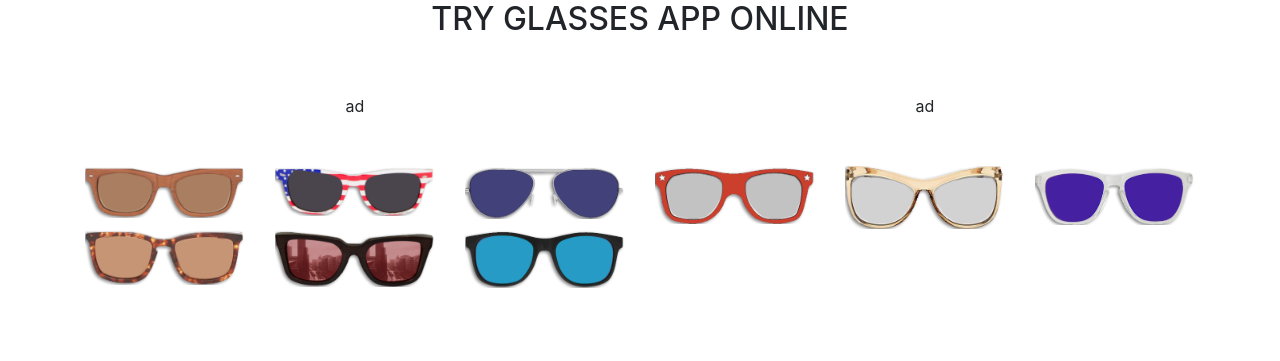
Repository: phongthanhh/ChoseGlass
Page: /
An editor plug-in stored every save of this project. The page is shown before and after the next save, followed by the edit.
The browser window is 1280 px wide. The pictures show the whole page.
The project was rebuilt for these pictures with package versions that can differ from the ones it lists, and the page was loaded fresh each time.

Above is the page before, as saved 2022-12-25 15:34:40.

After the next save:
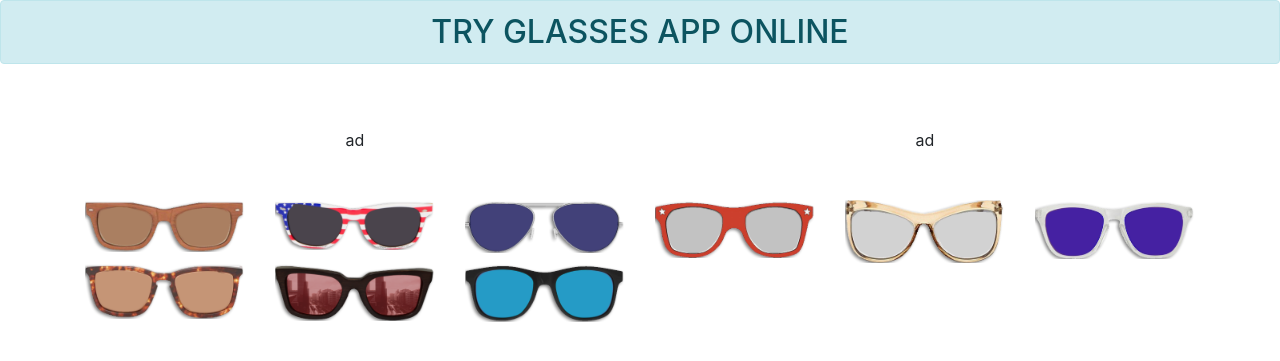
Saved 33 s later.
--- a/src/ChoseGlass/BTGlass.jsx
+++ b/src/ChoseGlass/BTGlass.jsx
@@ -83,7 +83,7 @@
         return (
             <div>
                 <section className='main'>
-                    <h2 className=''>TRY GLASSES APP ONLINE</h2>
+                    <h2 className='alert alert-info'>TRY GLASSES APP ONLINE</h2>
                     <div className="item container">
                         <div className="row py-5">
                             <div className="col-6">
